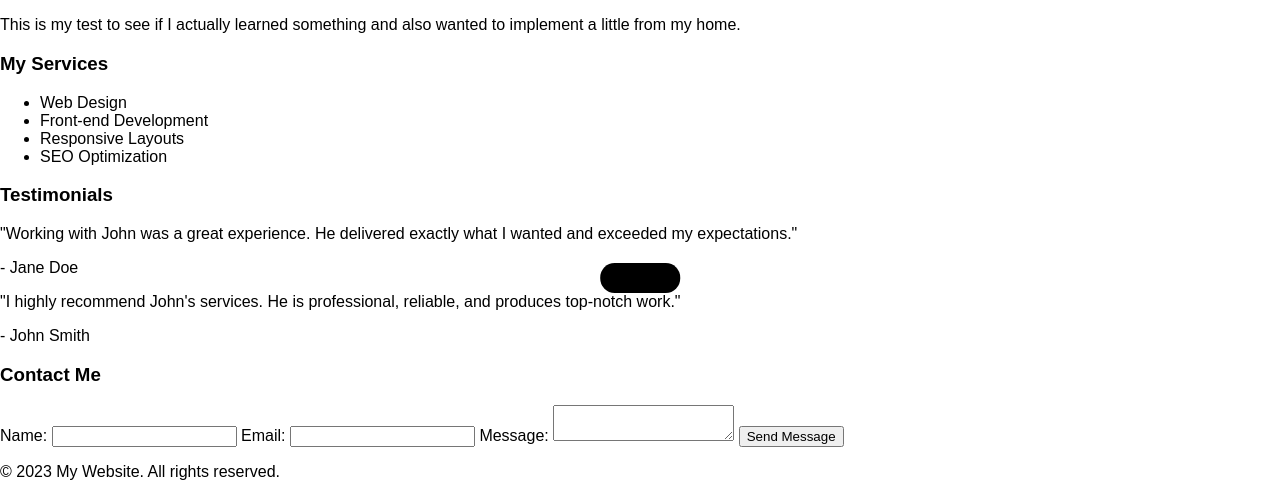
Repository: HeliosAI9/First-test-website
Page: mywebsite/index.html
An editor plug-in stored every save of this project. The page is shown before and after the next save, followed by the edit.
The browser window is 1280 px wide. The pictures show the part of the page from y = 1032 to 1609 px (the page is 1529 px tall before and 1609 px after).

Above is the page before, as saved 2023-07-03 21:34:00.
Console error: TypeError: Cannot read properties of null (reading 'addEventListener')

After the next save:
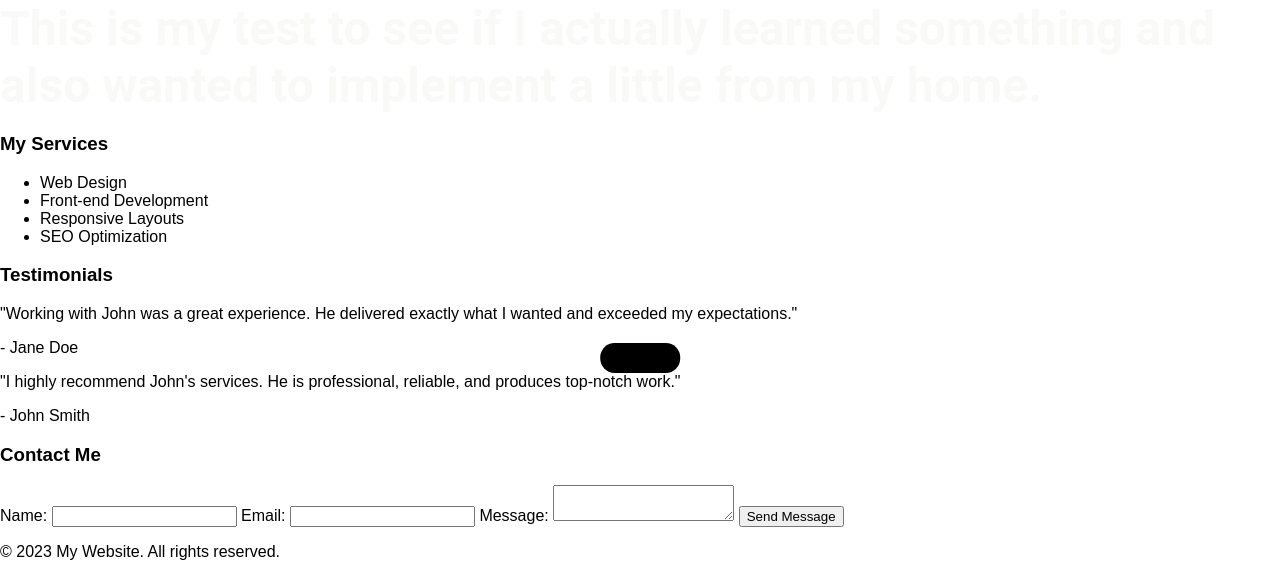
Saved 3 min 59 s later.
--- a/mywebsite/style.css
+++ b/mywebsite/style.css
@@ -346,6 +346,11 @@ body {
 
 .layer1 p {
   /* Styles for the Layer 1 paragraph */
+  font-size: 48px;
+    font-weight: bold;
+    color: #F9FAF8;
+    margin: 0;
+    font-family: 'Roboto', arial;
 }
 
 
